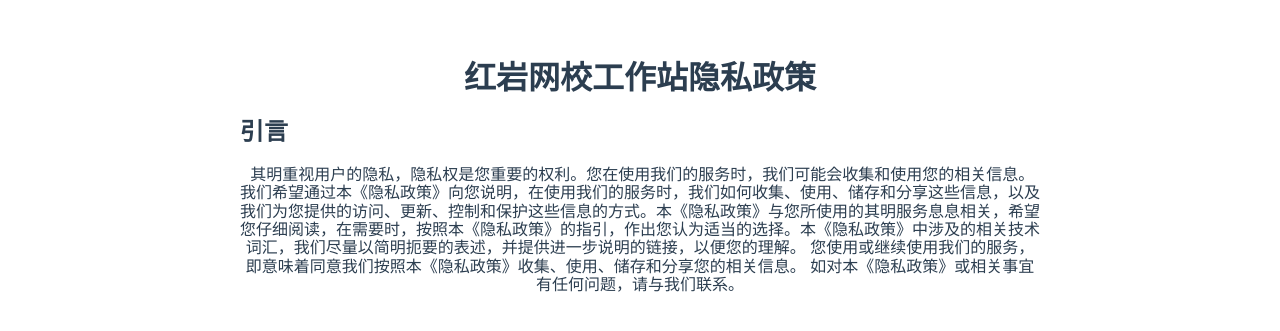
Repository: zl-mdc/privacy-policy
Page: /
These files come from the project's save history. The page is drawn as it stood at one moment and after the next save; the edit follows.
The browser window is 1280 px wide. The pictures show the whole page.
The project was rebuilt for these pictures with package versions that can differ from the ones it lists, and the page was loaded fresh each time.

Above is the page before, as saved 2020-09-17 15:31:33.

### src/main.js
import Vue from 'vue'
import App from './App.vue'
import 'normalize.css'

Vue.config.productionTip = false

new Vue({
  render: h => h(App),
}).$mount('#app')

### src/App.vue
<template>
  <div id="app">
    <Info />
  </div>
</template>

<script>
import Info from './components/Info';

export default {
  name: 'App',
  components: {
    Info
  }
}
</script>

<style>
#app {
  font-family: Avenir, Helvetica, Arial, sans-serif;
  -webkit-font-smoothing: antialiased;
  -moz-osx-font-smoothing: grayscale;
  text-align: center;
  color: #2c3e50;
  margin-top: 60px;
}
</style>

### src/components/Info.vue
<!--
 * @Author: Code_Master
 * @Date: 2020-09-17 15:00:51
 * @LastEditTime: 2020-09-17 15:31:33
 * @LastEditors: Code_Master
 * @FilePath: /privacy-policy/src/components/Info.vue
 * @Description: The first 90% of the code accounts for the first 90% of the development time. The remaining 10% of the code accounts for the other 90% of the development time.
-->
<template>
    <div id="info">
          <h1>红岩网校工作站隐私政策</h1>

          <h2>引言</h2>
          <p>&nbsp;其明重视用户的隐私，隐私权是您重要的权利。您在使用我们的服务时，我们可能会收集和使用您的相关信息。我们希望通过本《隐私政策》向您说明，在使用我们的服务时，我们如何收集、使用、储存和分享这些信息，以及我们为您提供的访问、更新、控制和保护这些信息的方式。本《隐私政策》与您所使用的其明服务息息相关，希望您仔细阅读，在需要时，按照本《隐私政策》的指引，作出您认为适当的选择。本《隐私政策》中涉及的相关技术词汇，我们尽量以简明扼要的表述，并提供进一步说明的链接，以便您的理解。 您使用或继续使用我们的服务，即意味着同意我们按照本《隐私政策》收集、使用、储存和分享您的相关信息。 如对本《隐私政策》或相关事宜有任何问题，请与我们联系。 </p>
    </div>
</template>

<script>
export default {
    name: "Info",
}
</script>

<style>
    #info {
        width: 800px;
        margin: 0 auto;
    }
    h2 {
        text-align: left;
    }
</style>

Loaded but not shown: public/index.html (common file)

After the next save:
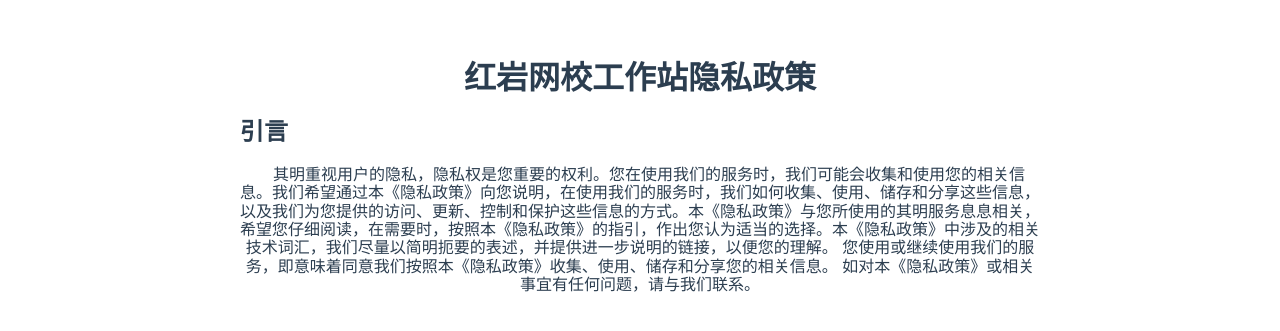
Saved 12 s later.
--- a/src/components/Info.vue
+++ b/src/components/Info.vue
@@ -1,7 +1,7 @@
 <!--
  * @Author: Code_Master
  * @Date: 2020-09-17 15:00:51
- * @LastEditTime: 2020-09-17 15:31:33
+ * @LastEditTime: 2020-09-17 15:31:45
  * @LastEditors: Code_Master
  * @FilePath: /privacy-policy/src/components/Info.vue
  * @Description: The first 90% of the code accounts for the first 90% of the development time. The remaining 10% of the code accounts for the other 90% of the development time.
@@ -11,7 +11,7 @@
           <h1>红岩网校工作站隐私政策</h1>
 
           <h2>引言</h2>
-          <p>&nbsp;其明重视用户的隐私，隐私权是您重要的权利。您在使用我们的服务时，我们可能会收集和使用您的相关信息。我们希望通过本《隐私政策》向您说明，在使用我们的服务时，我们如何收集、使用、储存和分享这些信息，以及我们为您提供的访问、更新、控制和保护这些信息的方式。本《隐私政策》与您所使用的其明服务息息相关，希望您仔细阅读，在需要时，按照本《隐私政策》的指引，作出您认为适当的选择。本《隐私政策》中涉及的相关技术词汇，我们尽量以简明扼要的表述，并提供进一步说明的链接，以便您的理解。 您使用或继续使用我们的服务，即意味着同意我们按照本《隐私政策》收集、使用、储存和分享您的相关信息。 如对本《隐私政策》或相关事宜有任何问题，请与我们联系。 </p>
+          <p>&nbsp;&nbsp;&nbsp;&nbsp;其明重视用户的隐私，隐私权是您重要的权利。您在使用我们的服务时，我们可能会收集和使用您的相关信息。我们希望通过本《隐私政策》向您说明，在使用我们的服务时，我们如何收集、使用、储存和分享这些信息，以及我们为您提供的访问、更新、控制和保护这些信息的方式。本《隐私政策》与您所使用的其明服务息息相关，希望您仔细阅读，在需要时，按照本《隐私政策》的指引，作出您认为适当的选择。本《隐私政策》中涉及的相关技术词汇，我们尽量以简明扼要的表述，并提供进一步说明的链接，以便您的理解。 您使用或继续使用我们的服务，即意味着同意我们按照本《隐私政策》收集、使用、储存和分享您的相关信息。 如对本《隐私政策》或相关事宜有任何问题，请与我们联系。 </p>
     </div>
 </template>
 
